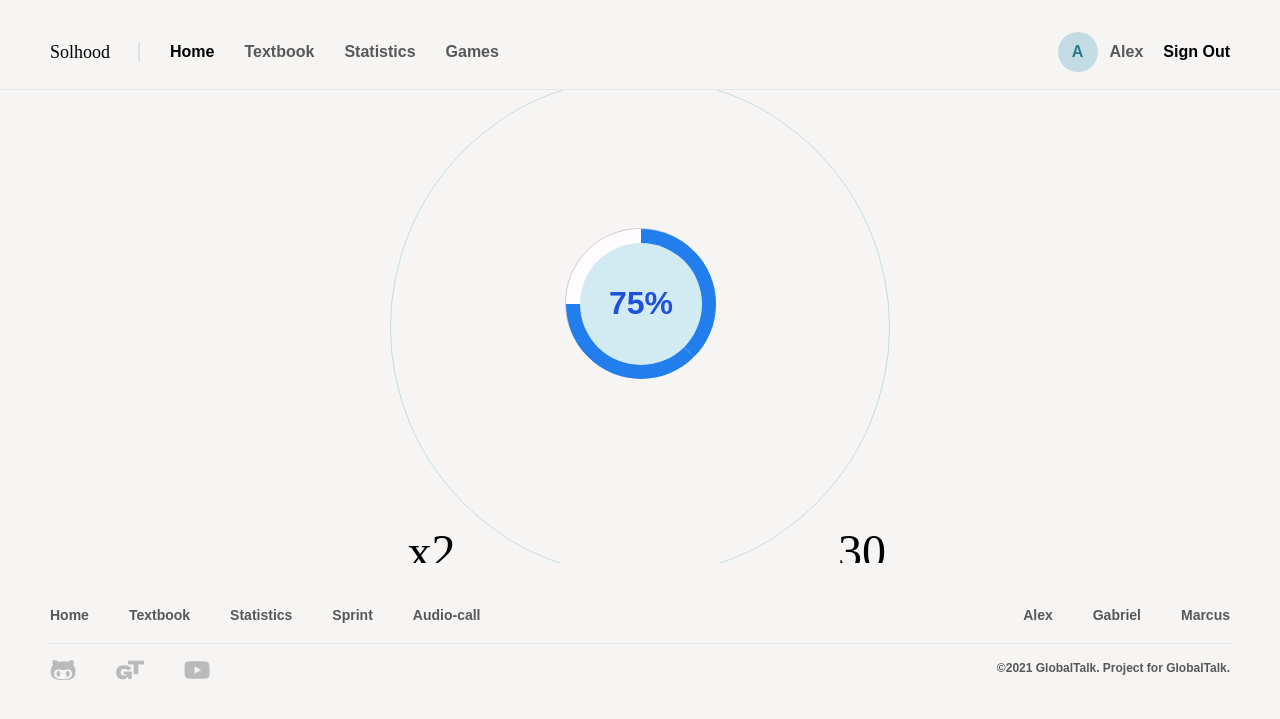
Repository: haudnn/solhood
Page: /game
An editor plug-in stored every save of this project. The page is shown before and after the next save, followed by the edit.
The browser window is 1280 px wide. The pictures show the whole page.
The project was rebuilt for these pictures with package versions that can differ from the ones it lists, and the page was loaded fresh each time. Also part of the build but not shown: src/pages/Home.tsx, src/pages/Sprint.tsx.

Above is the page before, as saved 2023-01-03 17:15:20.

After the next save:
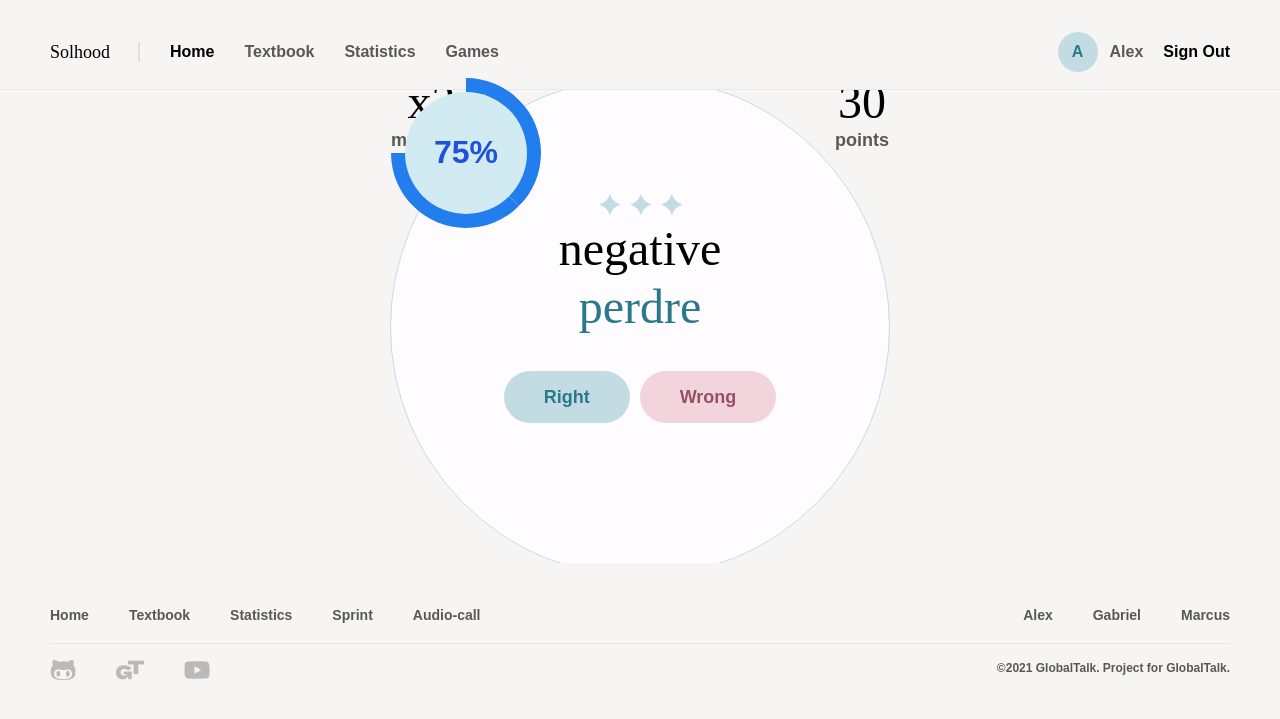
Saved 17 s later.
--- a/src/pages/Game.tsx
+++ b/src/pages/Game.tsx
@@ -5,8 +5,8 @@ const Game = () => {
     <div className="game bg-greyligt">
       <div className="flex items-center justify-center wrapper-calc">
 
-        <div className="w-[500px] h-[500px] rounded-[50%] border border-solid border-cyanlight">
-          <div className="circle-wrap">
+        <div className="circle-wrap w-[500px] h-[500px] rounded-[50%] border border-solid border-cyanlight">
+          <div className="">
             <div className="circle">
               <div className="mask full">
                 <div className="fill"></div>
